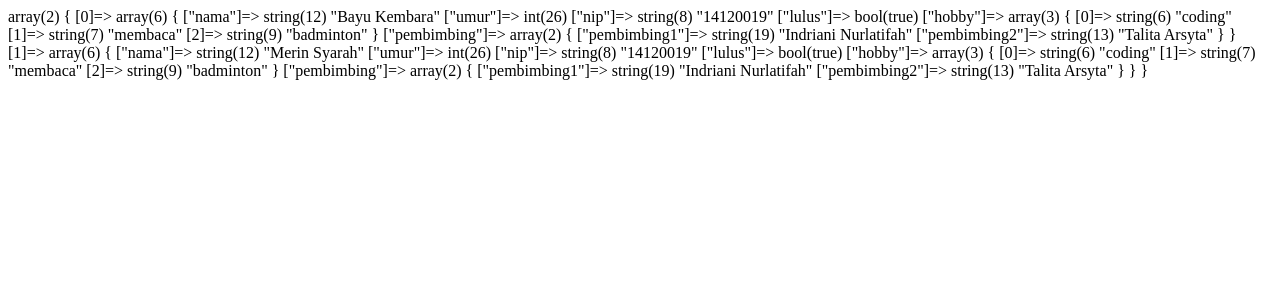
Repository: bayukembara/RESTAPI
Page: http://localhost/latihan2.php
An editor plug-in stored every save of this project. The page is shown before and after a run of saves, followed by the edit.
The browser window is 1280 px wide. The pictures show the whole page.
The page is run by PHP 8.4 with error messages shown; the project is at /var/www/html/.

Above is the page before, as saved 2022-04-28 16:24:16.

After the next 2 saves:
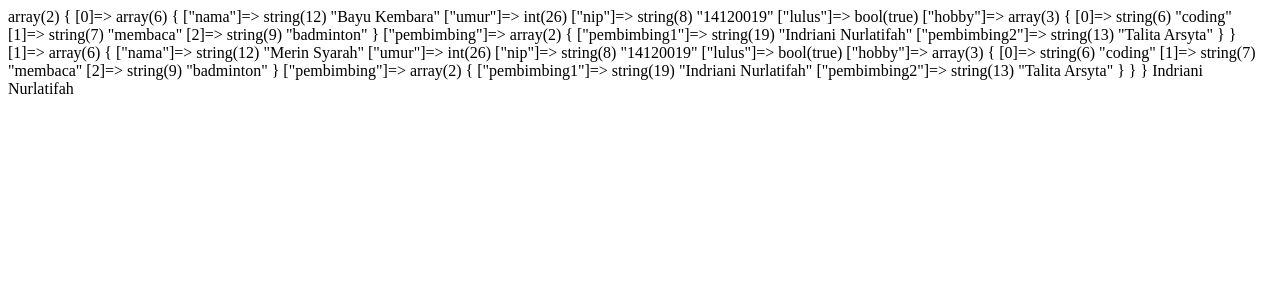
The 2 saves are shown as one change because they came seconds apart.
The last was saved 11 min 12 s later.
--- a/latihan2.php
+++ b/latihan2.php
@@ -5,3 +5,4 @@ $data = file_get_contents('coba.json');
 $mahasiswa = json_decode($data,true);
 
 var_dump($mahasiswa);
+echo $mahasiswa[0]["pembimbing"]["pembimbing1"];
